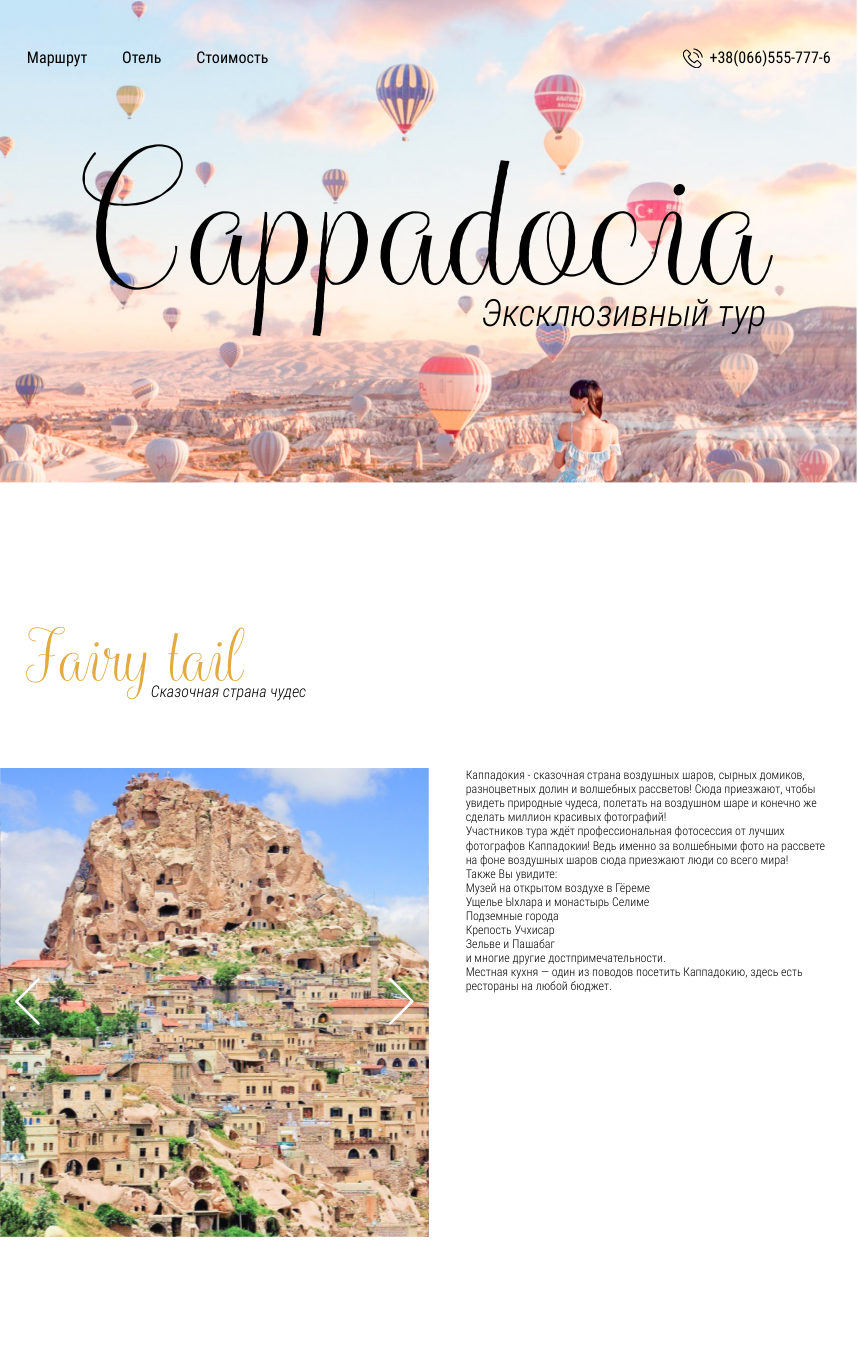
Repository: Lareeman/cappadocia
Page: index.html
The author's editor kept a copy of each file at every save. The page is drawn from the files as they stood at one save, then again after a run of saves.
The browser window is 1280 px wide. The pictures show the whole page, at 67% of full size.

Above is the page before, as saved 2024-01-27 14:09:34.

### index.html
<!DOCTYPE html>
<html lang="en">

<head>
  <meta charset="UTF-8">
  <meta name="viewport" content="width=device-width, initial-scale=1.0">
  <meta http-equiv="X-UA-Compatible" content="ie=edge">
  <title>Cappadocia</title>
  <link rel="stylesheet" href="css/reset.css">
  <link rel="stylesheet" href="css/slick.css">
  <link rel="stylesheet" href="css/style.css">
</head>

<body>
  <header class="header">
    <div class="container">
      <div class="header__top">
        <nav class="menu">
          <ul class="menu__list">
            <li class="menu__item"><a class="menu__link" href="#">Маршрут</a></li>
            <li class="menu__item"><a class="menu__link" href="#">Отель</a></li>
            <li class="menu__item"><a class="menu__link" href="#">Стоимость</a></li>
          </ul>
        </nav>
        <a class="header__phone" href="tel:+380665557776">+38(066)555-777-6</a>
      </div>
      <h1 class="header__title">Cappadocia<span>Эксклюзивный тур</span></h1>
    </div>
  </header>
  <section class="fairy page-section">
    <div class="container">
      <h3 class="fairy__title title">Fairy tail
        <span>Сказочная страна чудес</span>
      </h3>
    </div>
    <div class="fairy__inner">
      <div class="fairy__slider">
        <div class="fairy__item"><img src="images/fairy-1.jpg" alt=""></div>
        <div class="fairy__item"><img src="images/fairy-2.jpg" alt=""></div>
        <div class="fairy__item"><img src="images/fairy-3.jpg" alt=""></div>
      </div>
      <div class="fairy__content">
        <div class="fairy__container">
          <div class="fairy__body">
            <p class="fairy__text">
              Каппадокия - сказочная страна воздушных шаров, сырных домиков, разноцветных долин и волшебных рассветов!
              Сюда приезжают, чтобы увидеть природные чудеса, полетать на воздушном шаре и конечно же сделать миллион красивых фотографий!
            </p>
            <p class="fairy__text">
              Участников тура ждёт профессиональная фотосессия от лучших фотографов Каппадокии!
              Ведь именно за волшебными фото на рассвете на фоне воздушных шаров сюда приезжают люди со всего мира!
            </p>
            <div class="fairy__body-title">
              Также Вы увидите:
            </div>
            <ul class="fairy__list">
              <li>Музей на открытом воздухе в Гёреме</li>
              <li>Ущелье Ыхлара и монастырь Селиме</li>
              <li>Подземные города</li>
              <li>Крепость Учхисар</li>
              <li>Зельве и Пашабаг</li>
            </ul>
            <p class="fairy__text">и многие другие достпримечательности.</p>
            <p class="fairy__text">Местная кухня — один из поводов посетить Каппадокию, здесь есть рестораны на любой бюджет.</p>
          </div>
        </div>
      </div>
    </div>
  </section>



  <script src="https://ajax.googleapis.com/ajax/libs/jquery/3.4.1/jquery.min.js"></script>
  <script src="js/slick.min.js"></script>
  <script src="js/main.js"></script>
</body>

</html>

### css/style.css
:root {
  --black: #000;
  --gold: #E2AB3F;
}

@font-face {
  font-family: 'Balqis';
  src: url('../fonts/balqis.woff2');
  src: url('../fonts/balqis.woff2') format('woff2'),
    url('../fonts/balqis.woff') format('woff');

  font-style: normal;
  font-weight: 300;
  font-display: swap;
}

@font-face {
  font-family: 'RobotoCondensed-Light';
  src: url('../fonts/RobotoCondensed-Light.woff2');
  src: url('../fonts/RobotoCondensed-Light.woff2') format('woff2'),
    url('../fonts/RobotoCondensed-Light.woff') format('woff');


  font-style: normal;
  font-weight: 300;
  font-display: swap;
}

@font-face {
  font-family: 'RobotoCondensed-LightItalic';
  src: url('../fonts/RobotoCondensed-LightItalic.woff2');
  src: url('../fonts/RobotoCondensed-LightItalic.woff2') format('woff2'),
    url('../fonts/RobotoCondensed-LightItalic.woff') format('woff');
  font-style: italic;
  font-weight: 300;
  font-display: swap;
}

@font-face {
  font-family: 'RobotoCondensed-Regular';
  src: url('../fonts/RobotoCondensed-Regular.woff2');
  src: url('../fonts/RobotoCondensed-Regular.woff2') format('woff2'),
    url('../fonts/RobotoCondensed-Regular.woff') format('woff');


  font-style: 400;
  font-weight: 300;
  font-display: swap;
}

html {
  box-sizing: border-box;
}

*,
*::before,
*::after {
  box-sizing: inherit;
}

a {
  text-decoration: none;
  color: inherit;
}

ul {
  list-style-type: none;
}

body {
  color: var(--black);
  font-family: 'RobotoCondensed-Light';
  font-size: 18px;
  font-style: normal;
  font-weight: 300;
  line-height: normal;
}

.header {
  background-image: url("../images/header-bg.jpg");
  background-size: cover;
  background-repeat: no-repeat;
  background-position: bottom center;
  min-height: 100vh;
  margin-bottom: 200px;
}

.container {
  max-width: 1230px;
  padding: 0 15px;
  margin: 0 auto;
}

.page-section {
  margin-bottom: 200px;
}

.title {
  color: var(--gold);
  font-family: Balqis;
  font-size: 96px;
  font-weight: 400;
  margin-bottom: 100px;
}

.title span {
  line-height: 28px;
  font-size: 24px;
  color: var(--black);
  font-family: 'RobotoCondensed-LightItalic';
  display: block;
  margin-top: -30px;
  margin-left: 185px;
}

.header__top {
  padding: 72px 0;
  display: flex;
  justify-content: space-between;
  align-items: center;
  font-size: 24px;
  font-weight: 400;
  font-family: 'RobotoCondensed-Regular';
}

.menu__list {
  display: flex;
  gap: 0 52px;
}

.menu__link {
  transition: all .6s;
}

.menu__link:hover {
  text-decoration: underline;
  /* border-bottom: 1px solid var(--black); */
}

.header__title {
  text-align: center;
  color: var(--black);
  font-family: "Balqis", serif;
  font-size: 250px;
  font-weight: 400;
}

.header__title span {
  text-align: right;
  margin-top: -6%;
  margin-right: 8%;
  display: block;
  font-family: 'RobotoCondensed-LightItalic';
  font-size: 56px;
  font-style: italic;
  font-weight: 300;
}

.header__phone {
  padding-left: 40px;
  position: relative;
}

.header__phone::before {
  content: "";
  position: absolute;
  width: 30px;
  height: 30px;
  left: 0;
  background-image: url('../images/phone-icon.svg');
}
/* ===================== */


.fairy__inner {
  position: relative;
}
.fairy__container {
  max-width: 1230px;
  padding: 0 15px;
  margin: 0 auto;
  position: absolute;
  top: 0;
  left: 0;
  right: 0;
  bottom: 0;
}

.fairy__slider {
  width: 50%;
}
.slick-btn{
  position: absolute;
  top: 50%;
  transform: translateY(-50%);
  background-color: transparent;
  border: none;
  z-index: 2;
  cursor: pointer;
}
.slick-prev {
  left: 0;
}
.slick-next {
  right: 0;
}
.fairy__item {}

.fairy__content {

}


.fairy__body {
  width: 50%;
  margin-left: auto;
  padding-left: 55px;
  display: flex;
  flex-direction: column;
  justify-content: space-around;
  h

}

.fairy__text {

}

.fairy__body-title {

  font-weight: 400;
}

.fairy__list {

}

### js/main.js
$(function () {
    $('.fairy__slider').slick({
        autoplay: true,
        autoplaySpeed: 2000,
        prevArrow: '<button type="button" class="slick-prev slick-btn"><img src="images/arrow-prev.svg" alt=""></button>',
        nextArrow: '<button type="button" class="slick-next slick-btn"> <img src="images/arrow-next.svg" alt=""></button>',

    });
});

Loaded but not shown: css/reset.css (common file); css/slick.css (common file); js/slick.min.js (library)

After the next 3 saves:
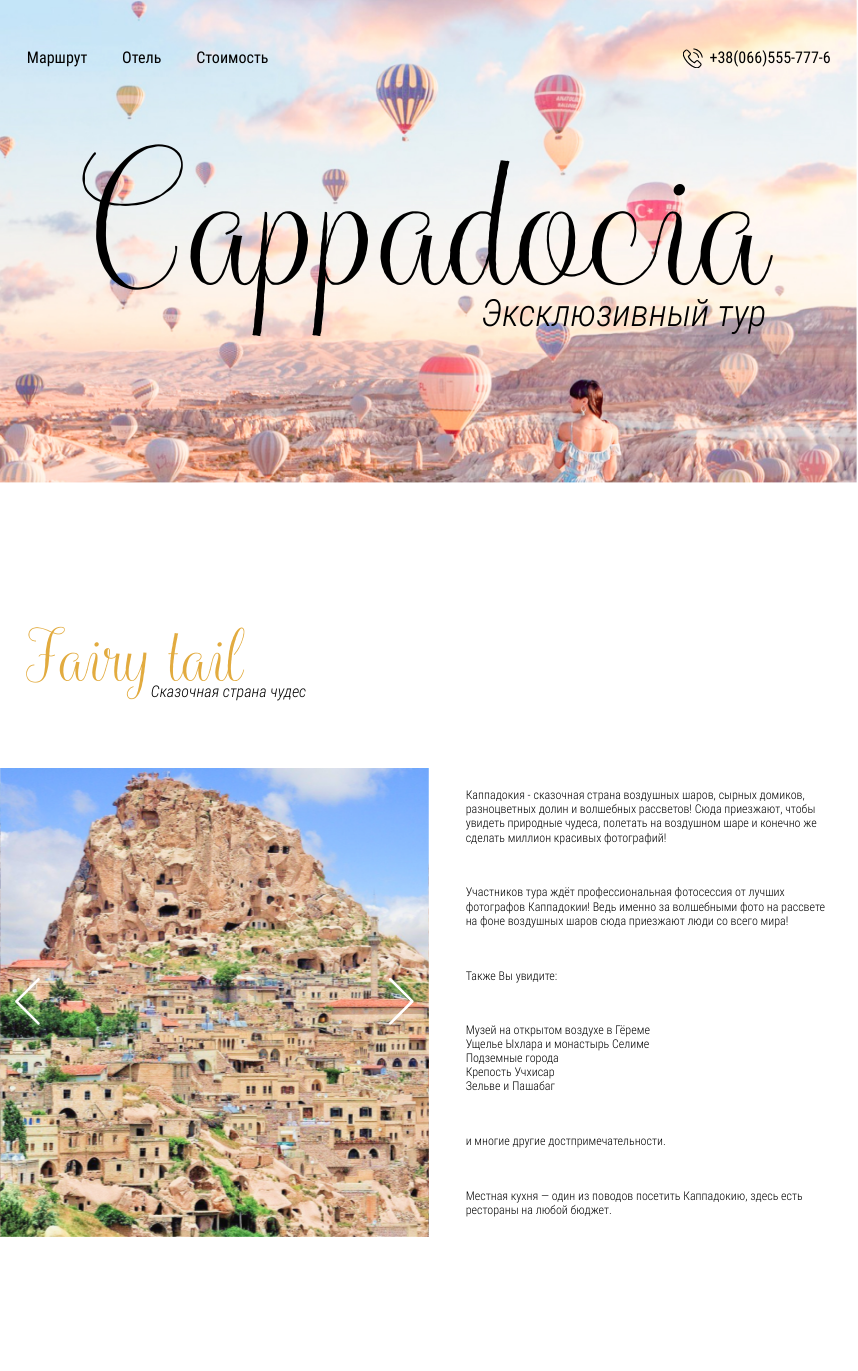
The 3 saves are shown as one change because they came seconds apart.
The last was saved 9 s later.
--- a/css/style.css
+++ b/css/style.css
@@ -218,7 +218,7 @@ body {
   display: flex;
   flex-direction: column;
   justify-content: space-around;
-  h
+  height: 100%;
 
 }
 
